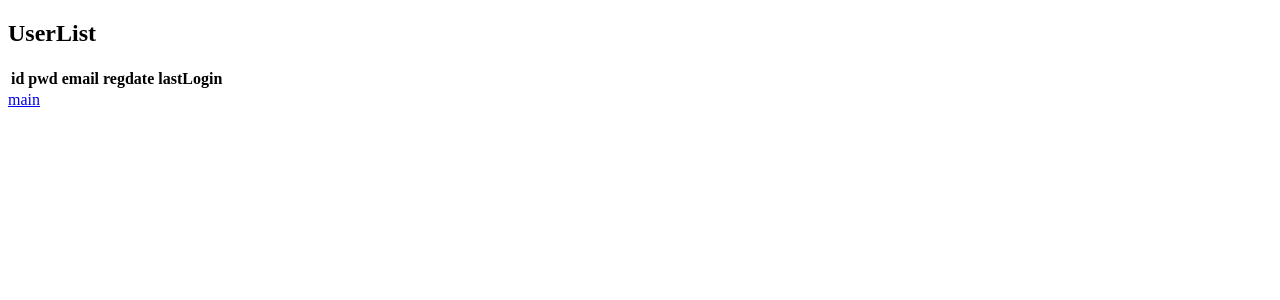
Repository: dtkd19/jsp-jstl_241022
Page: http://localhost/jsp_study/member/list.jsp
These files come from the project's save history. The page is drawn as it stood at one moment and after the next save; the edit follows.
The browser window is 1280 px wide. The pictures show the whole page.
The page is served by Tomcat 9. Other server files are loaded and not shown.

Above is the page before, as saved 2024-10-25 06:18:40.

### jsp_study/src/main/webapp/member/list.jsp
<%@ page language="java" contentType="text/html; charset=UTF-8"
    pageEncoding="UTF-8"%>
    <%@ taglib uri="http://java.sun.com/jsp/jstl/core"  prefix="c"%>

<!DOCTYPE html>
<html>
<head>
<meta charset="UTF-8">
<title>Insert title here</title>
</head>
<body>
	<h2>UserList</h2>

	<table>
		<thead>
		<tr>
		<th>id</th>
		<th>pwd</th>
		<th>email</th>
		<th>regdate</th>
		<th>lastLogin</th>
		</tr>
		</thead>
		<tbody>
		<c:forEach items="${userList}" var="mvo">
			<tr>
			<td>${mvo.id }</td>
			<td>${mvo.pwd }</td>
			<td>${mvo.email }</td>
			<td>${mvo.regdate }</td>
			<td>${mvo.lastlogin }</td>
			</tr>
		</c:forEach>

		</tbody>

	</table>

	<a href="/index.jsp">main</a>



</body>
</html>

After the next save:
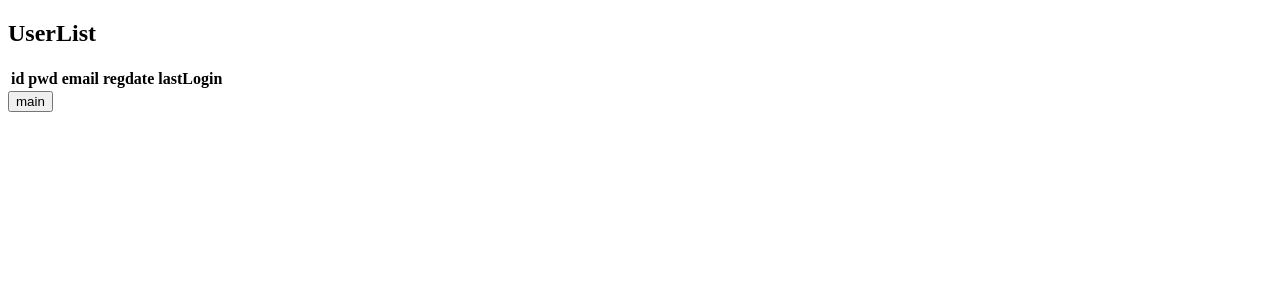
Saved 10 s later.
--- a/jsp_study/src/main/webapp/member/list.jsp
+++ b/jsp_study/src/main/webapp/member/list.jsp
@@ -36,7 +36,7 @@
 
 	</table>
 
-	<a href="/index.jsp">main</a>
+	<a href="/index.jsp"><button>main</button></a>
 
 
 
